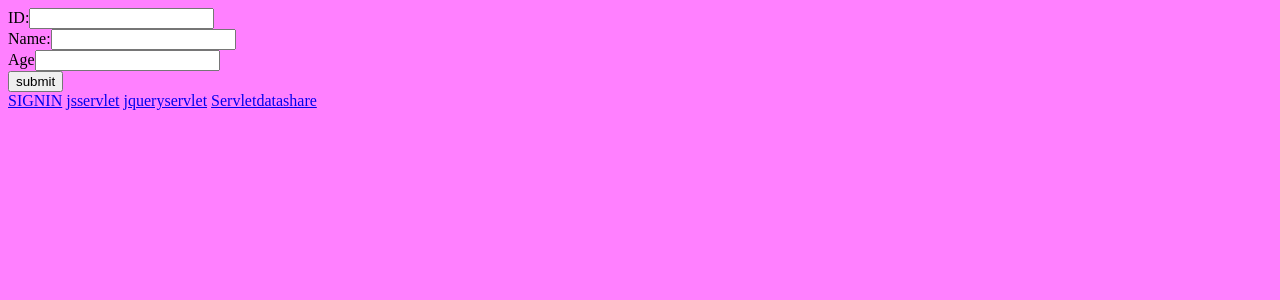
Repository: shruthik537/aemclass
Page: firstweb/src/main/webapp/index.html
An editor plug-in stored every save of this project. The page is shown before and after the next save, followed by the edit.
The browser window is 1280 px wide. The pictures show the whole page.
Some web libraries are served in a nearby version.

Above is the page before, as saved 2021-09-28 18:42:13.

### firstweb/src/main/webapp/index.html
<!DOCTYPE html>
<html>
<head>
<meta charset="ISO-8859-1">
<title>Insert title here</title>
<script type = "text/javascript"
         src = "https://ajax.googleapis.com/ajax/libs/jquery/2.1.3/jquery.min.js">
      </script>
  <script type = "text/javascript" language = "javascript">
         $(document).ready(function() {
        alert("its working");
      });

      </script>

</head>
<body style="background-color:rgb(255, 128, 255);">
<form name="myForm" action="./Dbutilservlet" method="post">
ID:<input type="text" name="id" id="id"/><br/>
Name:<input type="text" name="name" id="name"/><br/>
Age<input type="text" name="age" id="age"/><br/>

<input type="submit" value="submit" id="submit"/>
</form>
<a href="signin.html">SIGNIN</a>
<a href="jsservlet.html">jsservlet</a>
<a href="jqueryservlet.html">jqueryservlet</a>
<a href="ServletDataShare.html">Servletdatashare</a>

</body>
</html>

After the next save:
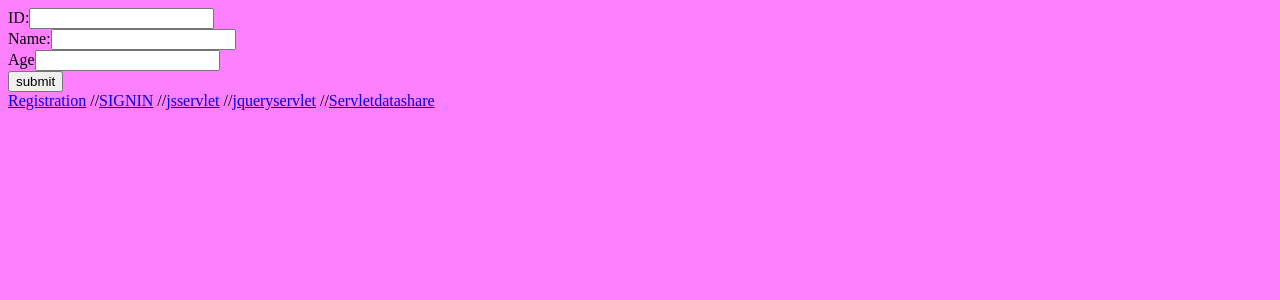
Saved 4 min 12 s later.
--- a/firstweb/src/main/webapp/index.html
+++ b/firstweb/src/main/webapp/index.html
@@ -22,10 +22,11 @@ Age<input type="text" name="age" id="age"/><br/>
 
 <input type="submit" value="submit" id="submit"/>
 </form>
-<a href="signin.html">SIGNIN</a>
-<a href="jsservlet.html">jsservlet</a>
-<a href="jqueryservlet.html">jqueryservlet</a>
-<a href="ServletDataShare.html">Servletdatashare</a>
+<a href="registration.html">Registration</a>
+//<a href="signin.html">SIGNIN</a>
+//<a href="jsservlet.html">jsservlet</a>
+//<a href="jqueryservlet.html">jqueryservlet</a>
+//<a href="ServletDataShare.html">Servletdatashare</a>
 
 </body>
 </html>
